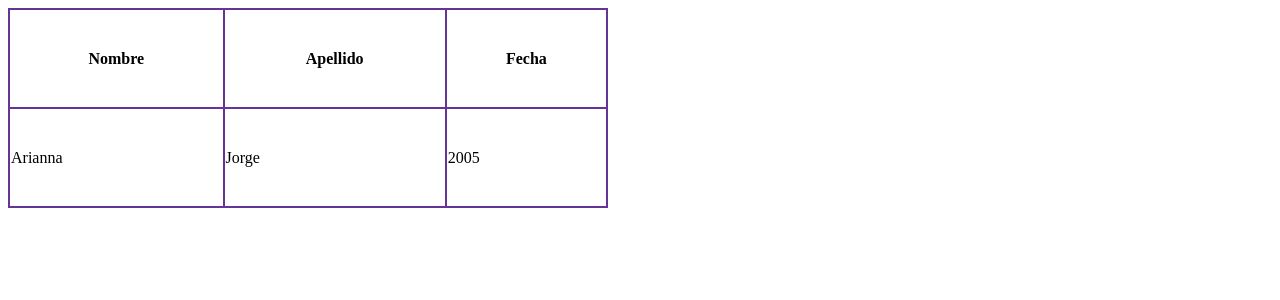
Repository: Arito05/Mi-primer-Repositorio
Page: dia2/intex3.html
The author's editor kept a copy of each file at every save. The page is drawn from the files as they stood at one save, then again after the next save.
The browser window is 1280 px wide. The pictures show the whole page.

Above is the page before, as saved 2024-07-18 11:24:40.

After the next save:
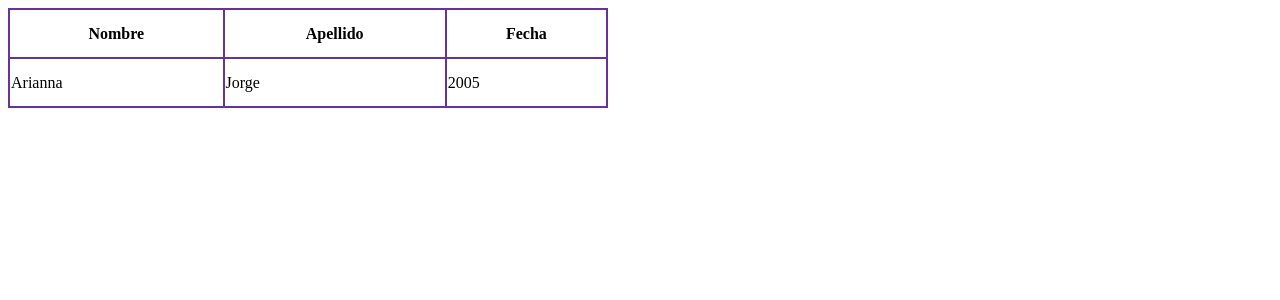
Saved 48 s later.
--- a/dia2/intex3.html
+++ b/dia2/intex3.html
@@ -14,7 +14,7 @@
     </style>
   </head>
   <body>
-    <table style="width: 600px; height: 200px">
+    <table style="width: 600px; height: 100px">
       <tr>
         <th>Nombre</th>
         <th>Apellido</th>
